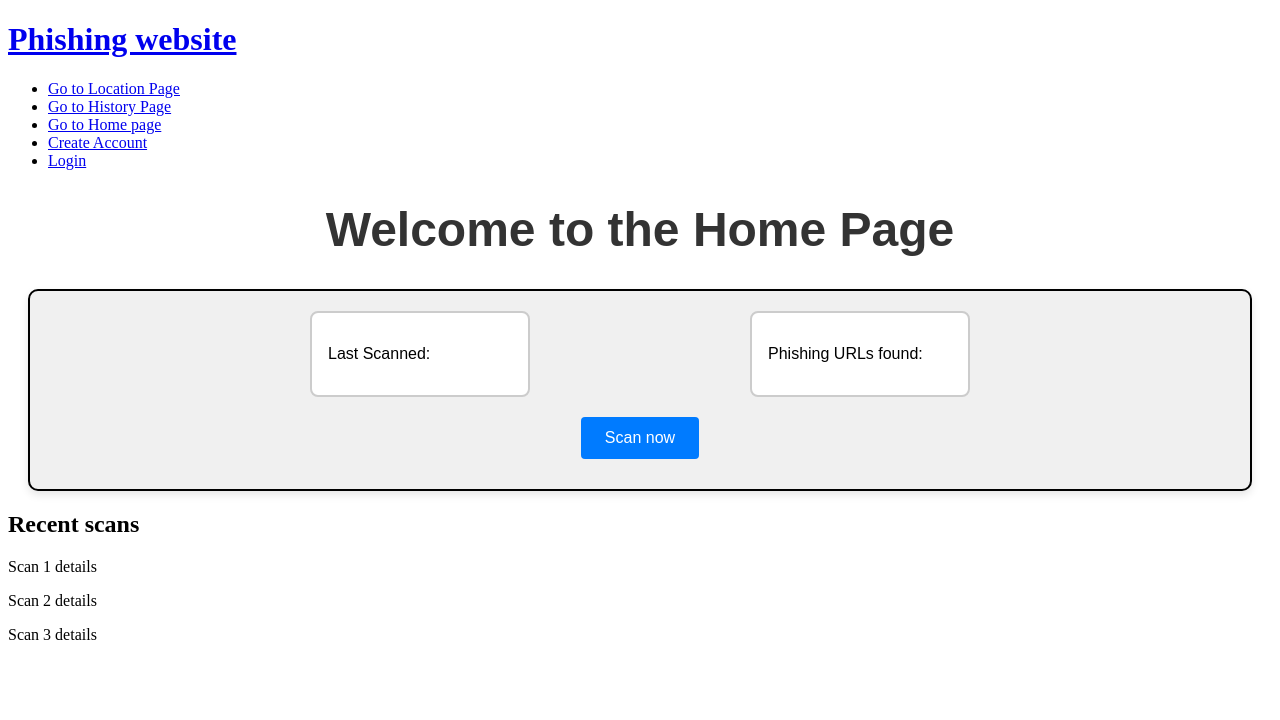
Repository: 2305199/Final-year-project
Page: / (app in frontend/)
An editor plug-in stored every save of this project. The page is shown before and after the next save, followed by the edit.
The browser window is 1280 px wide. The pictures show the whole page.
The project was rebuilt for these pictures with package versions that can differ from the ones it lists, and the page was loaded fresh each time. Also part of the build but not shown: frontend/vite.config.js, frontend/src/Location/Location.jsx, frontend/src/History/History.jsx, frontend/src/User/CreateAccount.jsx, frontend/src/User/Login.jsx.

Above is the page before, as saved 2026-01-29 01:26:22.

### frontend/src/App.jsx
import { BrowserRouter as Router, Routes, Route } from 'react-router-dom';
import Home from './Home/Home.jsx'
import Location from './Location/Location.jsx'
import History from './History/History.jsx'
import CreateAccount from './User/CreateAccount.jsx'
import Login from './User/Login.jsx'
import Header from './components/Header.jsx'

function App() {

  return (
    <Router>
    <Header />
   <Routes>
      <Route path="/" element={<Home />} />
      <Route path="/location" element={<Location />} />
      <Route path="/history" element={<History />} />
      <Route path="/createAccount" element={<CreateAccount />} />
      <Route path="/login" element={<Login />} />
   </Routes>
    </Router>
  )
}

export default App

### frontend/src/Home/Home.jsx
import styles from './Home.module.css'
function Home() {
    return ( <div>
        <div className={styles.title}> <h1>Welcome to the Home Page</h1></div>


<div className={styles.Box}>
  <div className={styles.topRow}>
    <div className={styles.Lscanned}>
      <p>Last Scanned:</p>
    </div>

    <div className={styles.Pfound}>
      <p>Phishing URLs found:</p>
    </div>
  </div>

  <button className={styles.scanButton}>Scan now</button>
</div>



    <div>
        <h2>Recent scans</h2>
        <div className={styles.recentScans}>
            <div className={styles.scanCard}><p>Scan 1 details</p></div>
            <div className={styles.scanCard}><p>Scan 2 details</p></div>
            <div className={styles.scanCard}><p>Scan 3 details</p></div>
        </div>
    </div>

    </div>)
}
export default Home

### frontend/src/components/Header.jsx
function Header() {
    return (<div>
    <h1> <a href="/">Phishing website </a></h1>
     <ul>
        <li><a href="/location">Go to Location Page</a></li>
        <li><a href="/history">Go to History Page</a></li>
        <li><a href="/">Go to Home page</a></li>
        <li><a href="/createAccount">Create Account</a></li>
        <li><a href="/login">Login</a></li>
    </ul>
    </div>)

}
export default Header

### frontend/src/Home/Home.module.css
.title{
    text-align: center;
    font-size: 1.5rem;
    margin-bottom: 20px;
    color: #333;
    font-family: 'Arial', sans-serif;
}
.Box{
    display: flex;
    flex-direction: column;
    align-items: center;
    justify-content: center;
   border: 2px solid black;
    padding: 20px;
    margin: 20px;
    background-color: #f0f0f0;
    border-radius: 10px;
    box-shadow: 0 4px 8px rgba(0, 0, 0, 0.1);

}
.container {
  display: grid;
  gap: 20px;
}

.Box {
  display: flex;
  flex-direction: column;
  align-items: center;
  gap: 20px;
}

.Lscanned,
.Pfound {
  border: 2px solid #ccc;
  padding: 16px;
  border-radius: 8px;
  background-color: #ffffff;
  font-family: 'Arial', sans-serif;
  width: 220px;
  box-sizing: border-box;
  margin-right: 100px;
  margin-left: 100px;
}

.scanButton {
  padding: 12px 24px;
  font-size: 16px;
  background-color: #007bff;
  color: #ffffff;
  border: none;
  border-radius: 4px;
  cursor: pointer;
  transition: background-color 0.3s ease;
  margin-bottom: 10px;

}
.scanButton:hover {
  background-color: #0056b3;}
.topRow {
  display: flex;
  flex-direction: row; /* side by side */
  gap: 20px;
  align-items: center;
}

Loaded but not shown: frontend/index.html (common file); frontend/src/main.jsx (common file); frontend/src/index.css (no stored copy; drawn as an empty file)

After the next save:
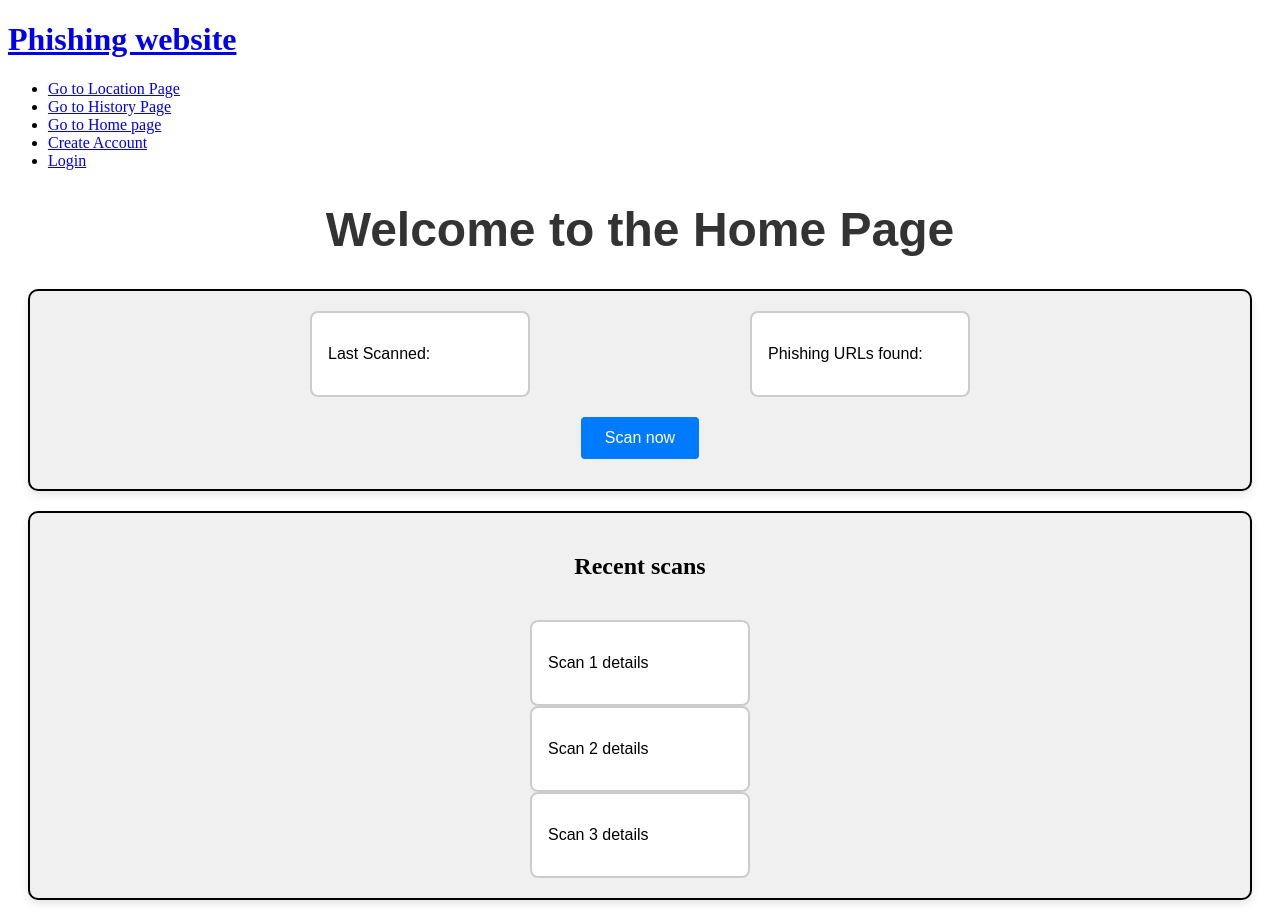
Saved 101 s later.
--- a/frontend/src/Home/Home.jsx
+++ b/frontend/src/Home/Home.jsx
@@ -20,12 +20,12 @@ function Home() {
 
 
 
-    <div>
+    <div className={styles.Box}>
         <h2>Recent scans</h2>
         <div className={styles.recentScans}>
-            <div className={styles.scanCard}><p>Scan 1 details</p></div>
-            <div className={styles.scanCard}><p>Scan 2 details</p></div>
-            <div className={styles.scanCard}><p>Scan 3 details</p></div>
+            <div className={styles.Lscanned}><p>Scan 1 details</p></div>
+            <div className={styles.Lscanned}><p>Scan 2 details</p></div>
+            <div className={styles.Lscanned}><p>Scan 3 details</p></div>
         </div>
     </div>
 
